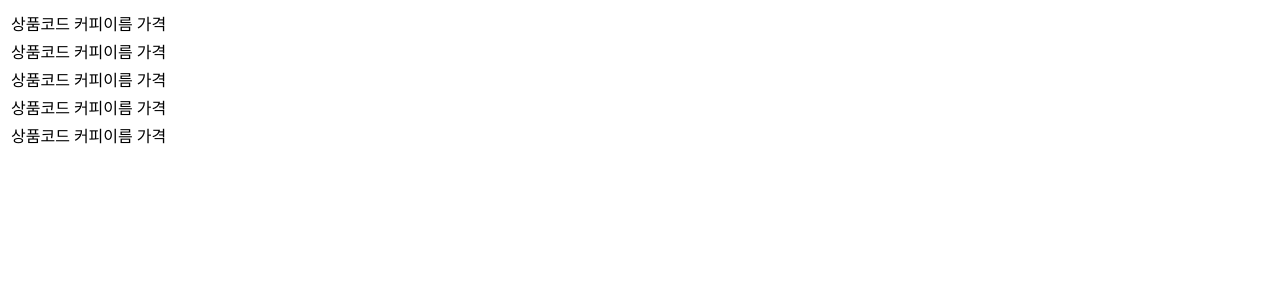
Repository: LeeJungHoon1/javaWeb
Page: http://localhost/ELprj0908_t/ex8
These files come from the project's save history. The page is drawn as it stood at one moment and after the next save; the edit follows.
The browser window is 1280 px wide. The pictures show the whole page.
The page is served by Tomcat 9.

Above is the page before, as saved 2023-09-08 06:27:38.

After the next save:
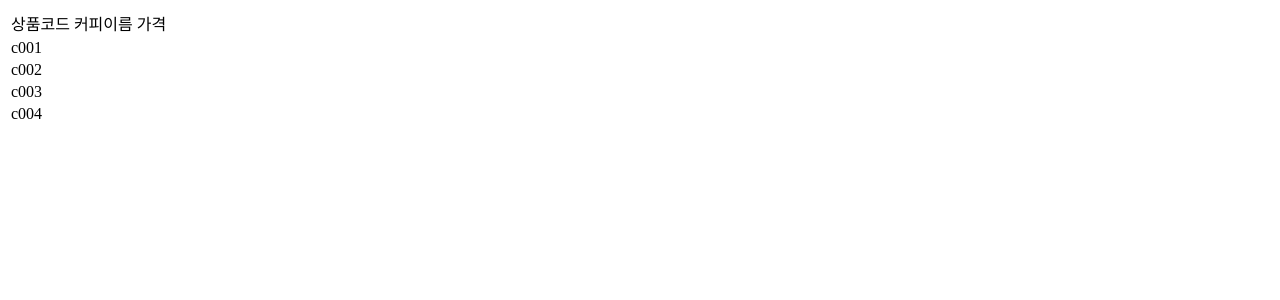
Saved 30 s later.
--- a/ELprj0908_t/src/main/webapp/WEB-INF/views2/ex8.jsp
+++ b/ELprj0908_t/src/main/webapp/WEB-INF/views2/ex8.jsp
@@ -18,9 +18,7 @@
 	</tr>
 	<c:forEach var="item" items="${coffee}">
 	<tr>
-		<td>상품코드</td>
-		<td>커피이름</td>
-		<td>가격</td>
+		<td>${item.code}</td>
 	</tr>
 	</c:forEach>
 </table>
